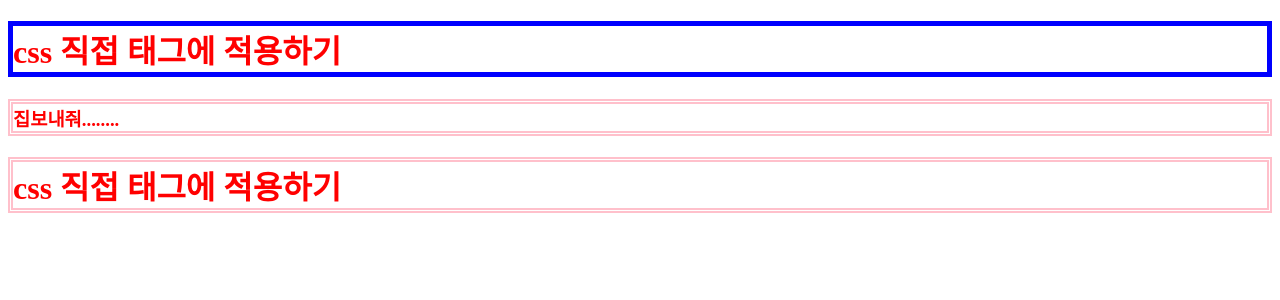
Repository: JeongHyeongKim/practice_myself
Page: Si_basic/WebProject/setp01_HTMLCS/WebContent/CSS/ex02_CSSExternal.html
An editor plug-in stored every save of this project. The page is shown before and after the next save, followed by the edit.
The browser window is 1280 px wide. The pictures show the whole page.

Above is the page before, as saved 2019-04-22 07:37:30.

### Si_basic/WebProject/setp01_HTMLCS/WebContent/CSS/ex02_CSSExternal.html
<!DOCTYPE html>
<html>
<head>
	<meta charset="UTF-8">
	<title>Insert title here</title>
	<style>
		/*This area is permitted to only css*/
		/* 1. 태그에 적용하기*/
		h1,h3{color:red; border: double pink 5px;}
		/* 2. id로 적용하기*/
		#a{color:green; font-style:italic;}
	</style>
</head>
	<body>
		<!-- 태그에 직접 css적용하면 간단하게 처리할 때 직관적으로 좋지만, 동일한 태그에 적용할 때는 반복해서 코드가 드간다. -->
		<h1 style="color:red; border:solid blue 5px;">css 직접 태그에 적용하기</h1> <!--  직접 적용하는 태그가 우선순위기 때문에 결과는 밑에꺼랑 다르다. -->

		<h3 >집보내줘........</h3>

		<h1>css 직접 태그에 적용하기</h1>

	</body>
</html>

After the next save:
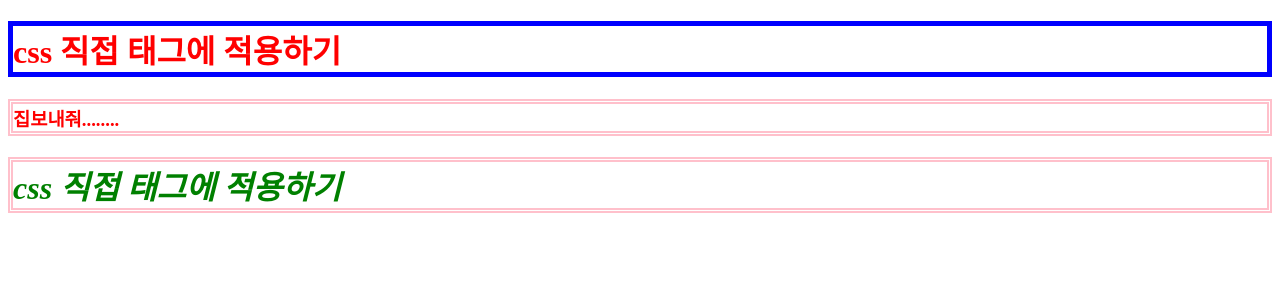
Saved 35 s later.
--- a/Si_basic/WebProject/setp01_HTMLCS/WebContent/CSS/ex02_CSSExternal.html
+++ b/Si_basic/WebProject/setp01_HTMLCS/WebContent/CSS/ex02_CSSExternal.html
@@ -17,7 +17,7 @@
 
 		<h3 >집보내줘........</h3>
 
-		<h1>css 직접 태그에 적용하기</h1>
+		<h1 id="a">css 직접 태그에 적용하기</h1>
 
 	</body>
 </html>
